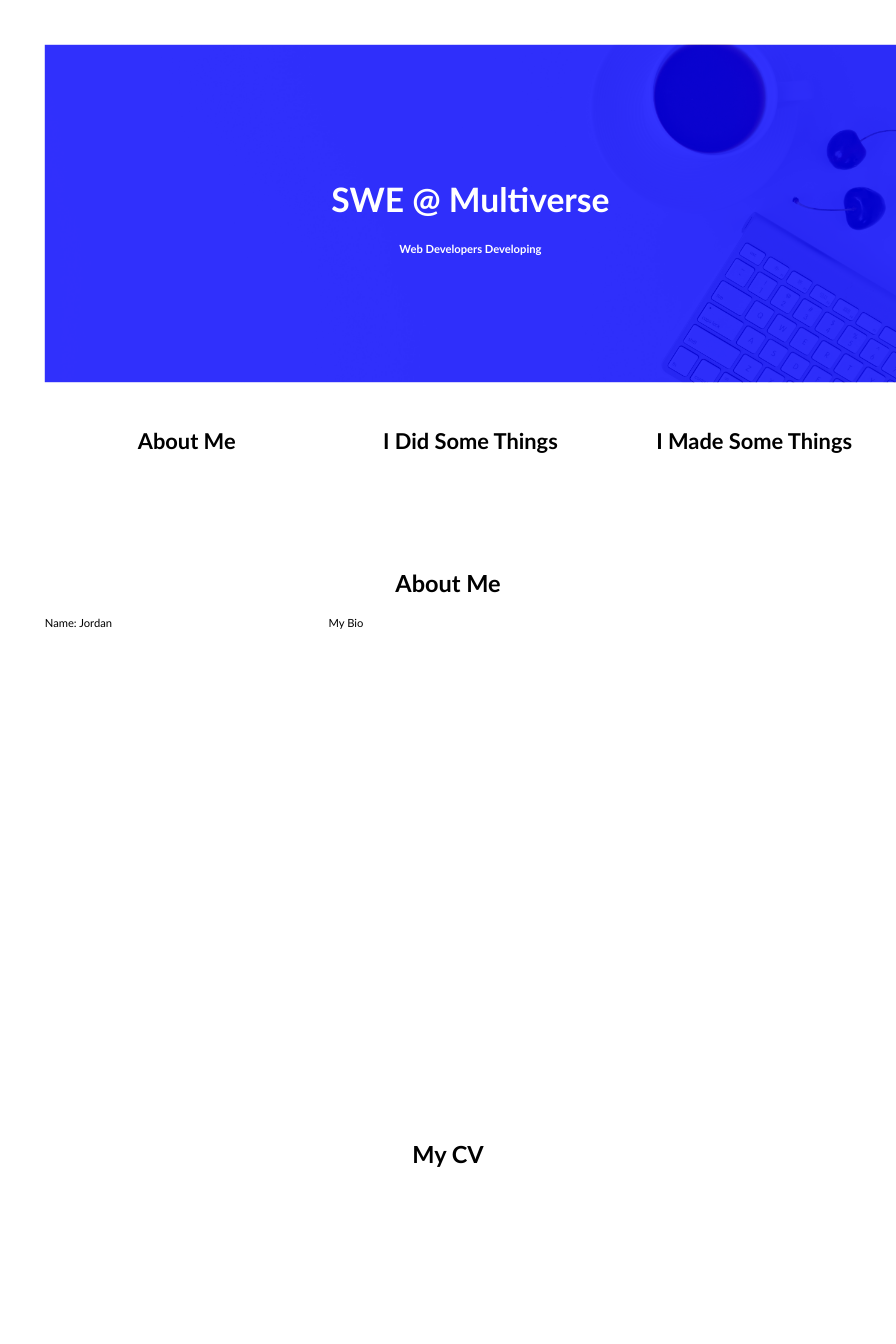
Repository: Scoofster/SWE-Flying-start-bio-website
Page: public/index.html
An editor plug-in stored every save of this project. The page is shown before and after the next save, followed by the edit.
The browser window is 1280 px wide. The pictures show the part of the page from y = 0 to 1920 px (the page is 3231 px tall before and 3167 px after), at 70% of full size.

Above is the page before, as saved 2022-06-16 14:21:52.

After the next save:
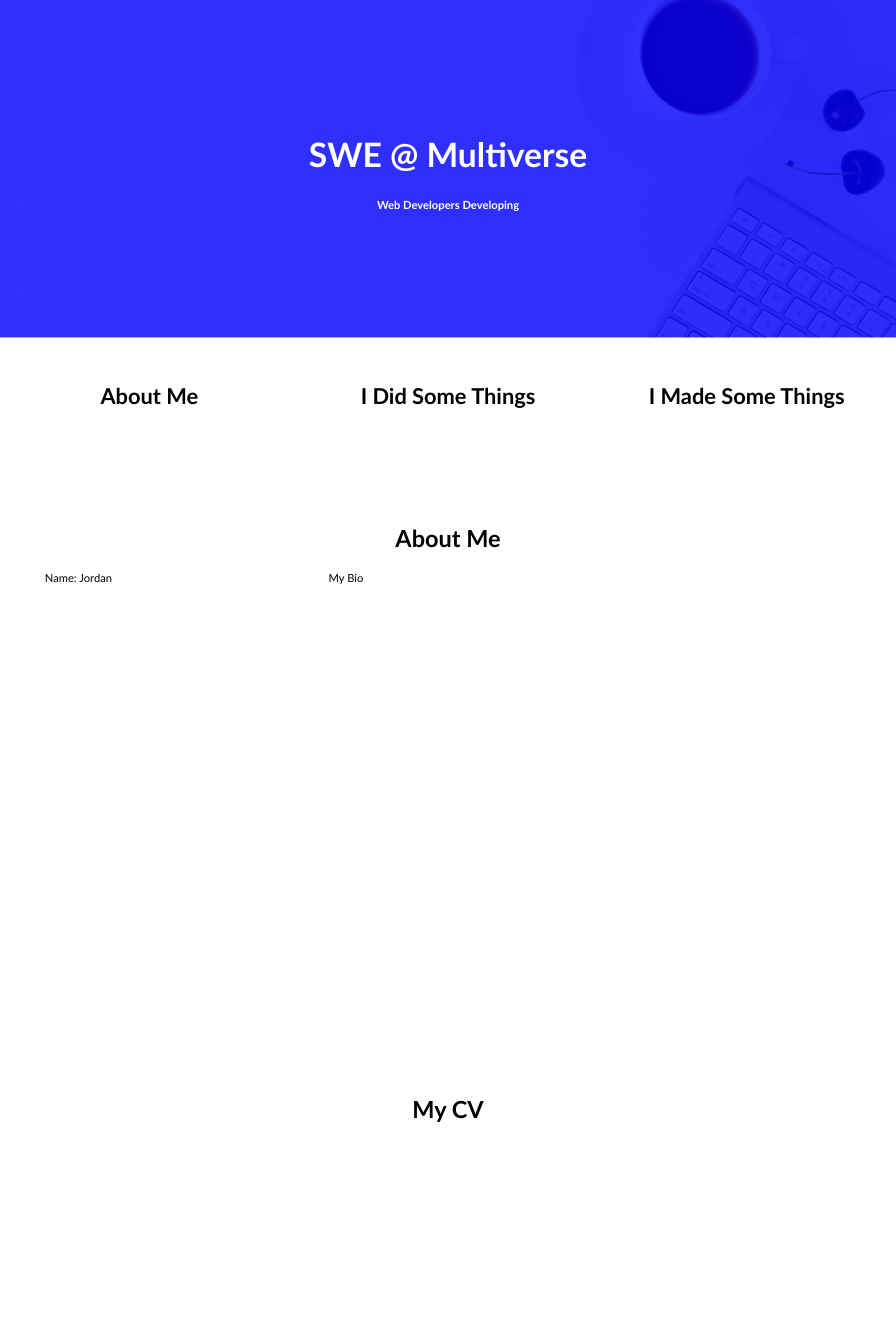
Saved 15 s later.
--- a/public/index.css
+++ b/public/index.css
@@ -13,7 +13,7 @@
 }
 
 #hero {
-    margin-top: 5%;
+    margin-left: 0%;
     width: calc(100vw-30px);
     height: 100vh;
     text-align: center;
